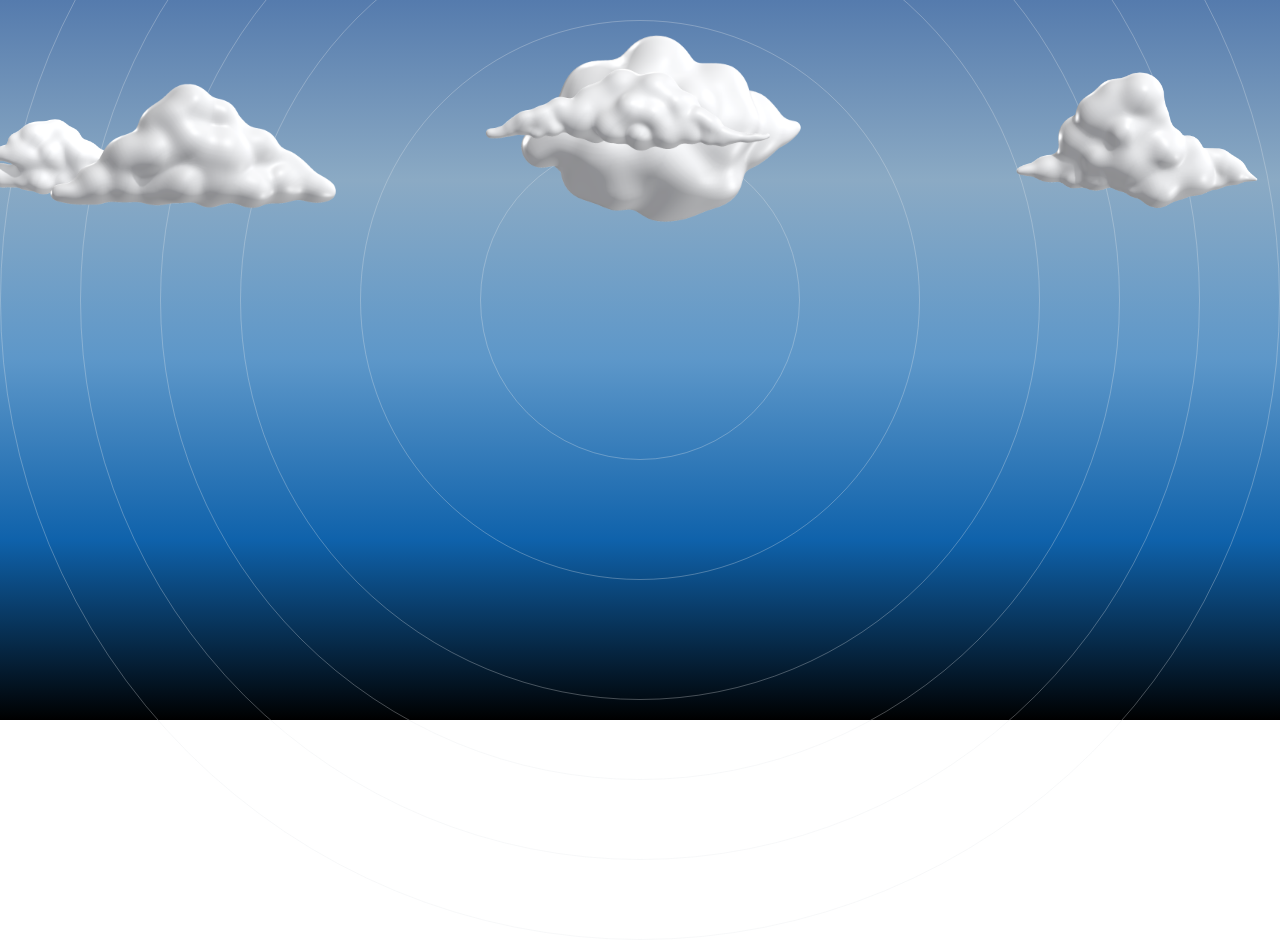
Repository: GG1627/2d-portfolio
Page: /
The author's editor kept a copy of each file at every save. The page is drawn from the files as they stood at one save, then again after the next save.
The browser window is 1280 px wide. The pictures show the whole page.
The project was rebuilt for these pictures with package versions that can differ from the ones it lists, and the page was loaded fresh each time. The framework's server and built-in components were replaced by stand-ins that run in the browser. Also part of the build but not shown: next.config.ts.

Above is the page before, as saved 2025-01-07 15:31:01.

After the next save:
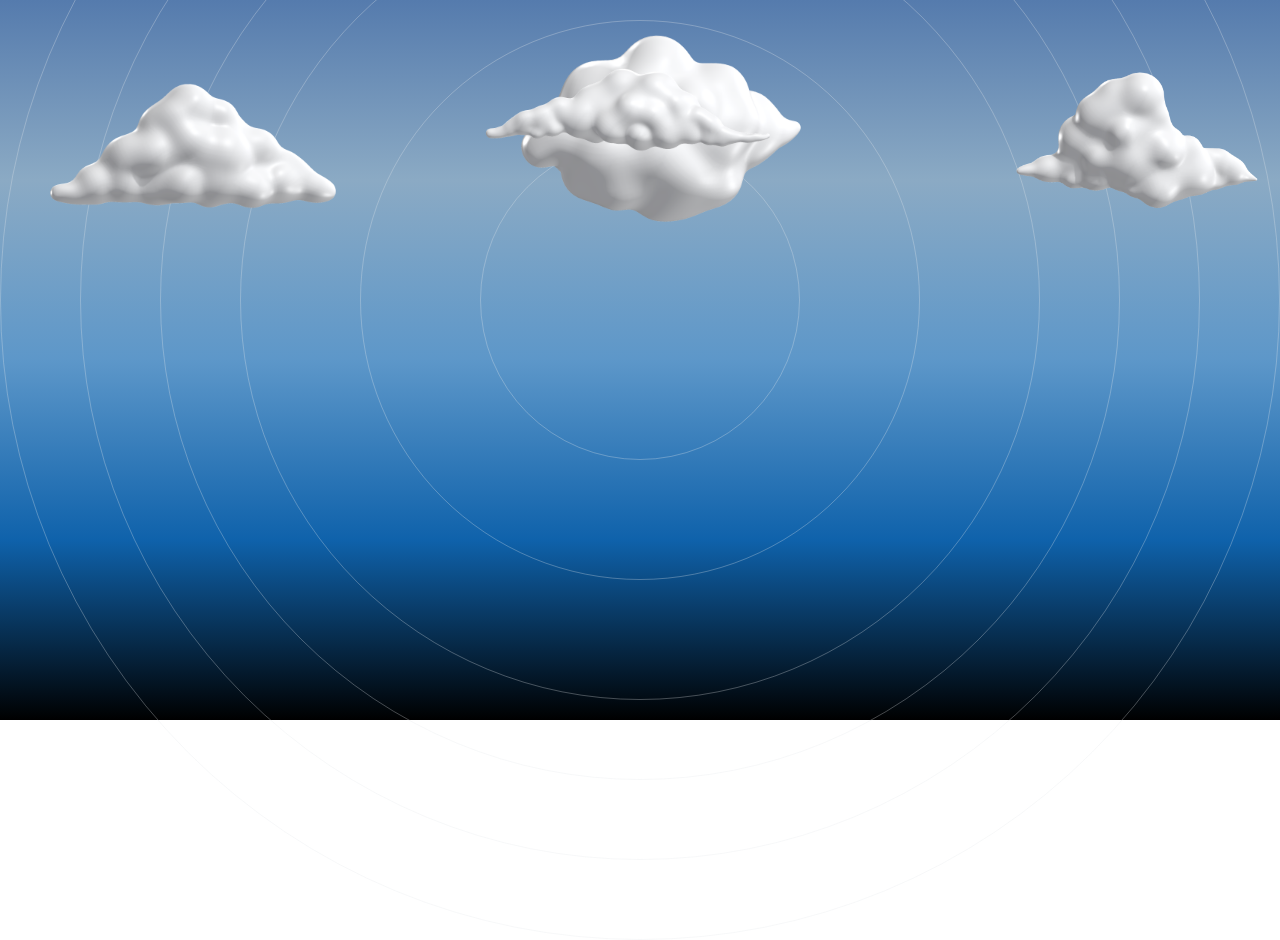
Saved 6 s later.
--- a/app/components/ui/Clouds.tsx
+++ b/app/components/ui/Clouds.tsx
@@ -71,7 +71,7 @@
         alt="cloud 1"
         className="absolute"
         style={{
-          left: `calc(-4% + ${cloudsPosition.cloud1.x}px)`,
+          left: `calc(-30% + ${cloudsPosition.cloud1.x}px)`,
           top: `calc(30% + ${cloudsPosition.cloud1.y}px)`,
           width: "250px", // Make the cloud smaller
           transition: "transform 0.1s ease-out",
